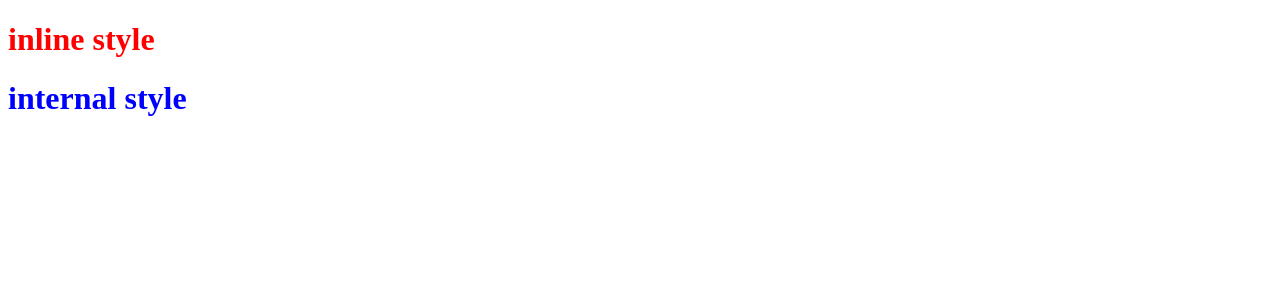
Repository: kwakminjung/bootclass
Page: Day2/frontend/src/main/resources/static/index.html
An editor plug-in stored every save of this project. The page is shown before and after the next save, followed by the edit.
The browser window is 1280 px wide. The pictures show the whole page.

Above is the page before, as saved 2024-07-02 01:22:45.

After the next save:
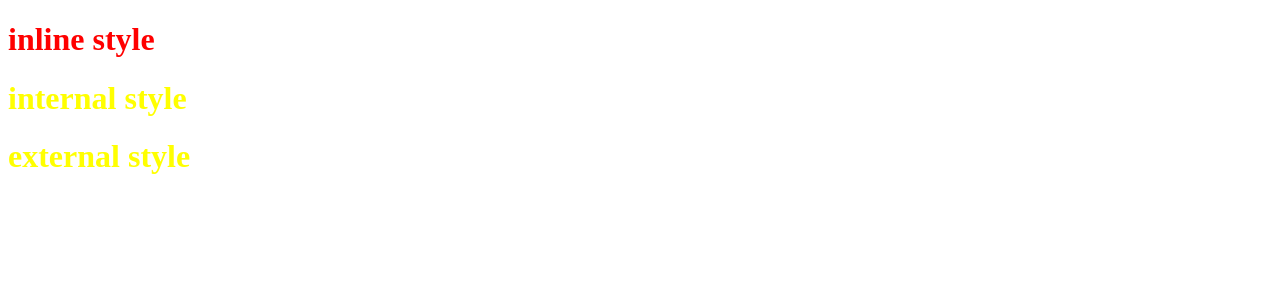
Saved 22 s later.
--- a/Day2/frontend/src/main/resources/static/index.html
+++ b/Day2/frontend/src/main/resources/static/index.html
@@ -10,6 +10,7 @@ color:blue;
 }
 
 </style>
+<link rel="stylesheet" href="style.css">
 </head>
 <body>
 
@@ -17,5 +18,7 @@ color:blue;
 
 <h1>internal style</h1>
 
+<h1>external style</h1>
+
 </body>
 </html>
